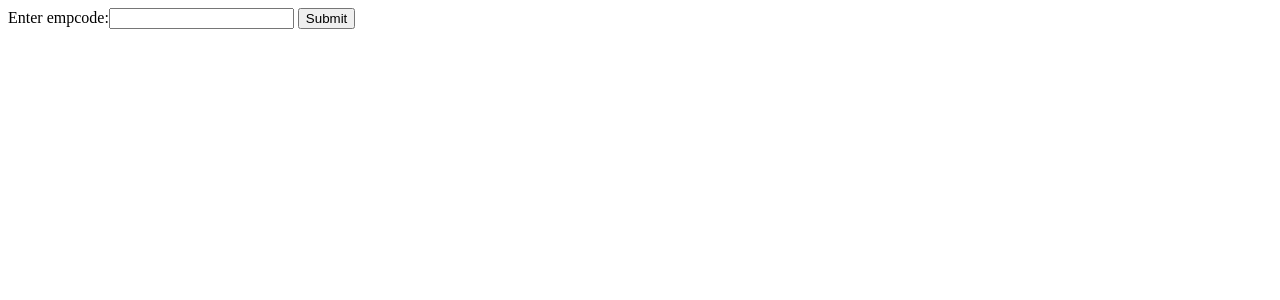
Repository: shiva94/MyProjects
Page: http://localhost/ServDemo1/AddEmployee.jsp
The author's editor kept a copy of each file at every save. The page is drawn from the files as they stood at one save, then again after the next save.
The browser window is 1280 px wide. The pictures show the whole page.
The page is served by Tomcat 9. Other server files are loaded and not shown.

Above is the page before, as saved 2015-08-17 07:48:56.

### ServDemo1/WebContent/AddEmployee.jsp
<%@ page language="java" contentType="text/html; charset=ISO-8859-1"
    pageEncoding="ISO-8859-1"%>
<!DOCTYPE html PUBLIC "-//W3C//DTD HTML 4.01 Transitional//EN" "http://www.w3.org/TR/html4/loose.dtd">
<html>
<head>
<meta http-equiv="Content-Type" content="text/html; charset=ISO-8859-1">
<title>Insert title here</title>
<script type="text/javascript">
function verify(str) {
var xmlhttp;
if(str.length==0)
	{
	document.getElementById("txtHint").innerHTML="";
	return;
	}
if(window.XMLHTTPRequest)//Non-IE
	{
	xmlhttp=new XMLHttpRequest();
	}
else
	{
	xmlhttp=new ActiveXObject("Microsoft.XMLHTTP");//IE
	}
xmlhttp.onreadystatechange=function()
	{
	if(xmlhttp.readyState==4 && xmlhttp.status==200)
		{
		document.getElementById("txtHint").innerHTML=xmlhttp.responseText;
		}
	}
xmlhttp.open("GET","getCust.jsp?nm="+str,true);
xmlhttp.send();
}
</script>
</head>
<body>
<form action="">
Enter empcode:<input type="text" name="empcode" onsubmit="verify(this.value)">
<input type="submit">
</form>
</body>
</html>

After the next save:
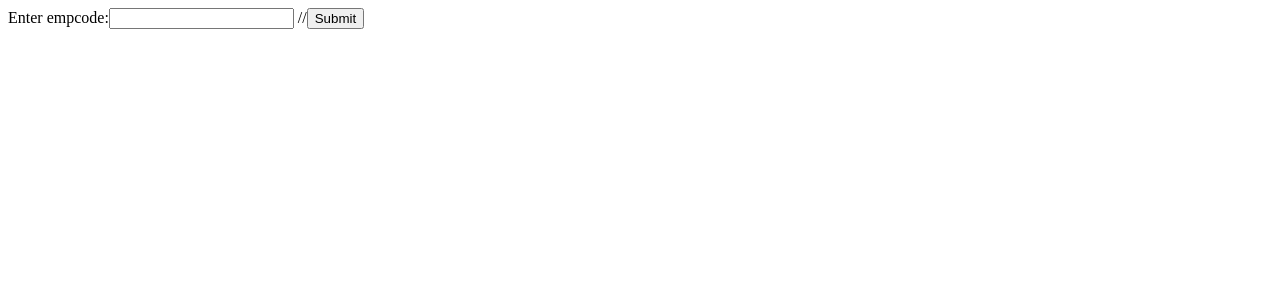
Saved 38 s later.
--- a/ServDemo1/WebContent/AddEmployee.jsp
+++ b/ServDemo1/WebContent/AddEmployee.jsp
@@ -35,8 +35,8 @@ xmlhttp.send();
 </head>
 <body>
 <form action="">
-Enter empcode:<input type="text" name="empcode" onsubmit="verify(this.value)">
-<input type="submit">
+Enter empcode:<input type="text" name="empcode" onmouseout="verify(this.value)">
+//<input type="submit">
 </form>
 </body>
 </html>
